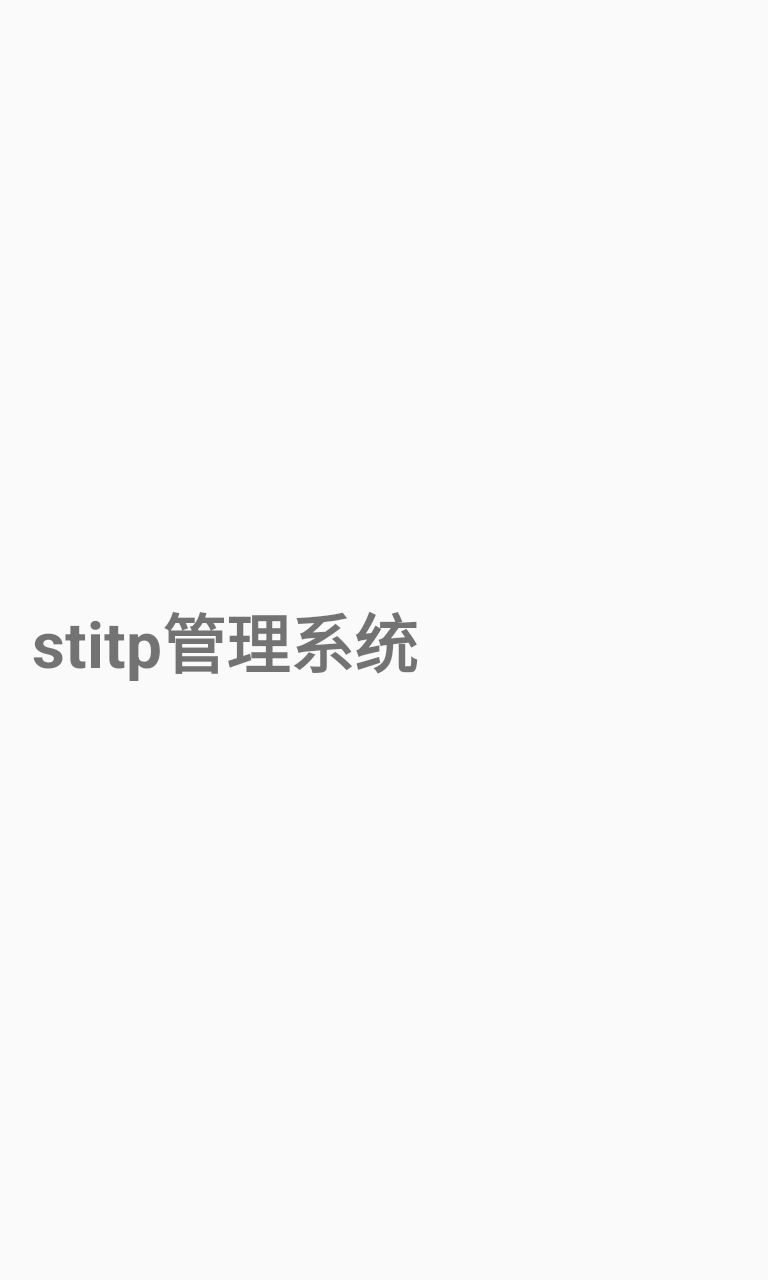
Repository: weizhaopeng/zhou_stitp
Layout: workspace/zhou/res/layout/fragment_main.xml
These files come from the project's save history. The layout is drawn as it stood at one moment and after the next save; the edit follows.
It is drawn on a 768 x 1280 px phone screen (xhdpi) without system bars, with theme AppTheme; the app's code is not run.

Above is the layout before, as saved 2018-11-28 02:22:03.

### workspace/zhou/res/layout/fragment_main.xml
<RelativeLayout xmlns:android="http://schemas.android.com/apk/res/android"
    xmlns:tools="http://schemas.android.com/tools"
    android:layout_width="match_parent"
    android:layout_height="match_parent"
    android:paddingBottom="@dimen/activity_vertical_margin"
    android:paddingLeft="@dimen/activity_horizontal_margin"
    android:paddingRight="@dimen/activity_horizontal_margin"
    android:paddingTop="@dimen/activity_vertical_margin"
    tools:context="com.example.zhou.MainActivity$PlaceholderFragment" >


    <TextView
        android:layout_width="wrap_content"
        android:layout_height="wrap_content"
        android:layout_centerVertical="true"
        android:text="@string/main_title"
        android:textStyle="bold"
        android:textSize="32dp" />

</RelativeLayout>

### workspace/zhou/res/values/strings.xml
<?xml version="1.0" encoding="utf-8"?>
<resources>

    <string name="app_name">zhou</string>
    <string name="main_title">stitp管理系统</string>
    <string name="action_settings">Settings</string>

</resources>

Loaded but not shown: workspace/zhou/res/values/styles.xml (common file); workspace/zhou/res/values-v11/styles.xml (common file); workspace/zhou/res/values-v14/styles.xml (common file); workspace/zhou/res/values/dimens.xml (common file); workspace/zhou/res/values-w820dp/dimens.xml (common file)

After the next save:
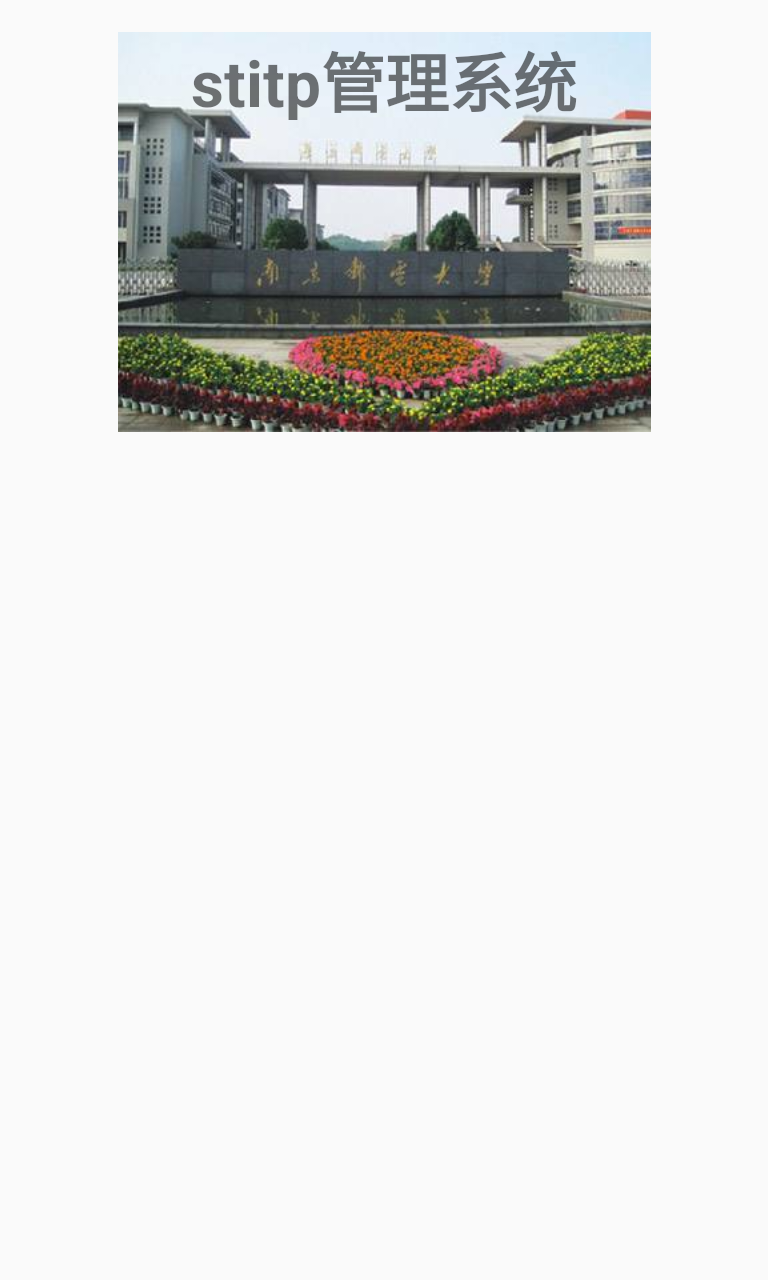
Saved 10 min 20 s later.
--- a/workspace/zhou/res/layout/fragment_main.xml
+++ b/workspace/zhou/res/layout/fragment_main.xml
@@ -8,11 +8,16 @@
     android:paddingTop="@dimen/activity_vertical_margin"
     tools:context="com.example.zhou.MainActivity$PlaceholderFragment" >
 
-
+	<ImageView
+	    android:id="@+id/main_njupt"
+	    android:layout_width = "match_parent"
+	    android:layout_height="wrap_content"
+	    android:src="@drawable/njupt"/>
     <TextView
+        android:id="@+id/main_title"
         android:layout_width="wrap_content"
         android:layout_height="wrap_content"
-        android:layout_centerVertical="true"
+        android:layout_centerHorizontal="true"
         android:text="@string/main_title"
         android:textStyle="bold"
         android:textSize="32dp" />
